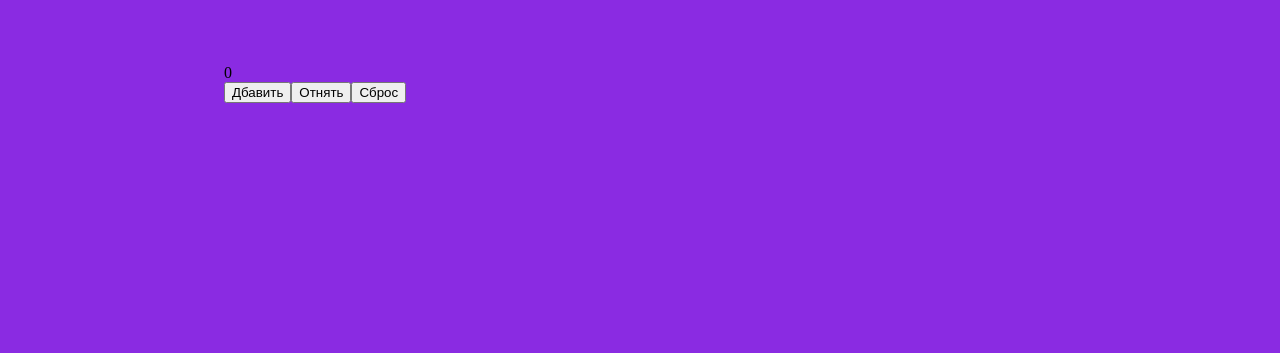
Repository: Denzoll/redux-toolkit-counter
Page: /
The author's editor kept a copy of each file at every save. The page is drawn from the files as they stood at one save, then again after a run of saves.
The browser window is 1280 px wide. The pictures show the whole page.
The project was rebuilt for these pictures with package versions that can differ from the ones it lists, and the page was loaded fresh each time. Also part of the build but not shown: src/index.css.

Above is the page before, as saved 2022-06-27 13:27:56.

### src/index.js
import React from 'react';
import ReactDOM from 'react-dom/client';
import './index.css';
import App from './App';
import { store } from './app/store';
import { Provider } from 'react-redux/es/exports';


const root = ReactDOM.createRoot(document.getElementById('root'));
root.render(

   <Provider store={store}>
    <App />

  </Provider>

);

// If you want to start measuring performance in your app, pass a function
// to log results (for example: reportWebVitals(console.log))
// or send to an analytics endpoint. Learn more: https://bit.ly/CRA-vitals

### src/App.js
import { useSelector, useDispatch } from "react-redux";
import { minus, plus, zero } from "./feauters/counterReducer";
import './App.css'

function App() {
  const num = useSelector((state) => state.counter);
  const dispach = useDispatch();
  const handleInc = () => {
    dispach(plus());
  };
  const handleDel = () => {
    dispach(minus());
  };

  const z = () => {
    dispach(zero());
  };
  return (
    <>
    <div className="cont">
      <div className="count">{num}</div>
      <button onClick={handleInc}> Дбавить </button>
      <button onClick={handleDel}>Отнять</button>
      <button onClick={z}> Сброс </button>
      </div>
    </>
  );
}

export default App;

### src/app/store.js
import { configureStore } from "@reduxjs/toolkit";
import counterReducer from "../feauters/counterReducer";

export const  store = configureStore({
    reducer:counterReducer
})

### src/feauters/counterReducer.js
import { createAction } from "@reduxjs/toolkit/";
import { createReducer } from "@reduxjs/toolkit";

const initialState = {
  counter: 0,
};
export const plus = createAction("plus");
export const minus = createAction("minus");
export const zero = createAction("zero");

const counterReducer = createReducer(initialState, (builder) => {
  builder
    .addCase(plus, (state, action) => {
      state.counter += 1;
    })
    .addCase(minus, (state) => {
      if (state.counter > 0) {
        state.counter -= 1;
      }
    })
    .addCase(zero, (state) => {
      state.counter = 0;
    });
});

export default counterReducer;

### src/App.css
body {
  background-color: blueviolet;
  margin:0 auto;
  width: 65%;
  margin-top: 5%;
}
.cont {

}

Loaded but not shown: public/index.html (common file)

After the next 6 saves:
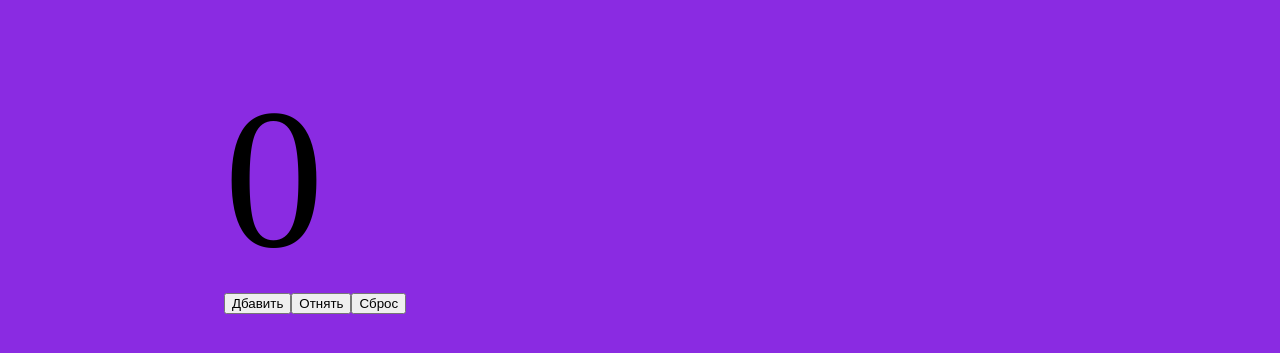
The 6 saves are shown as one change because they came seconds apart.
The last was saved 18 s later.
--- a/src/App.css
+++ b/src/App.css
@@ -4,6 +4,7 @@ body {
   width: 65%;
   margin-top: 5%;
 }
-.cont {
 
+.count {
+  font-size: 200px;
 }
